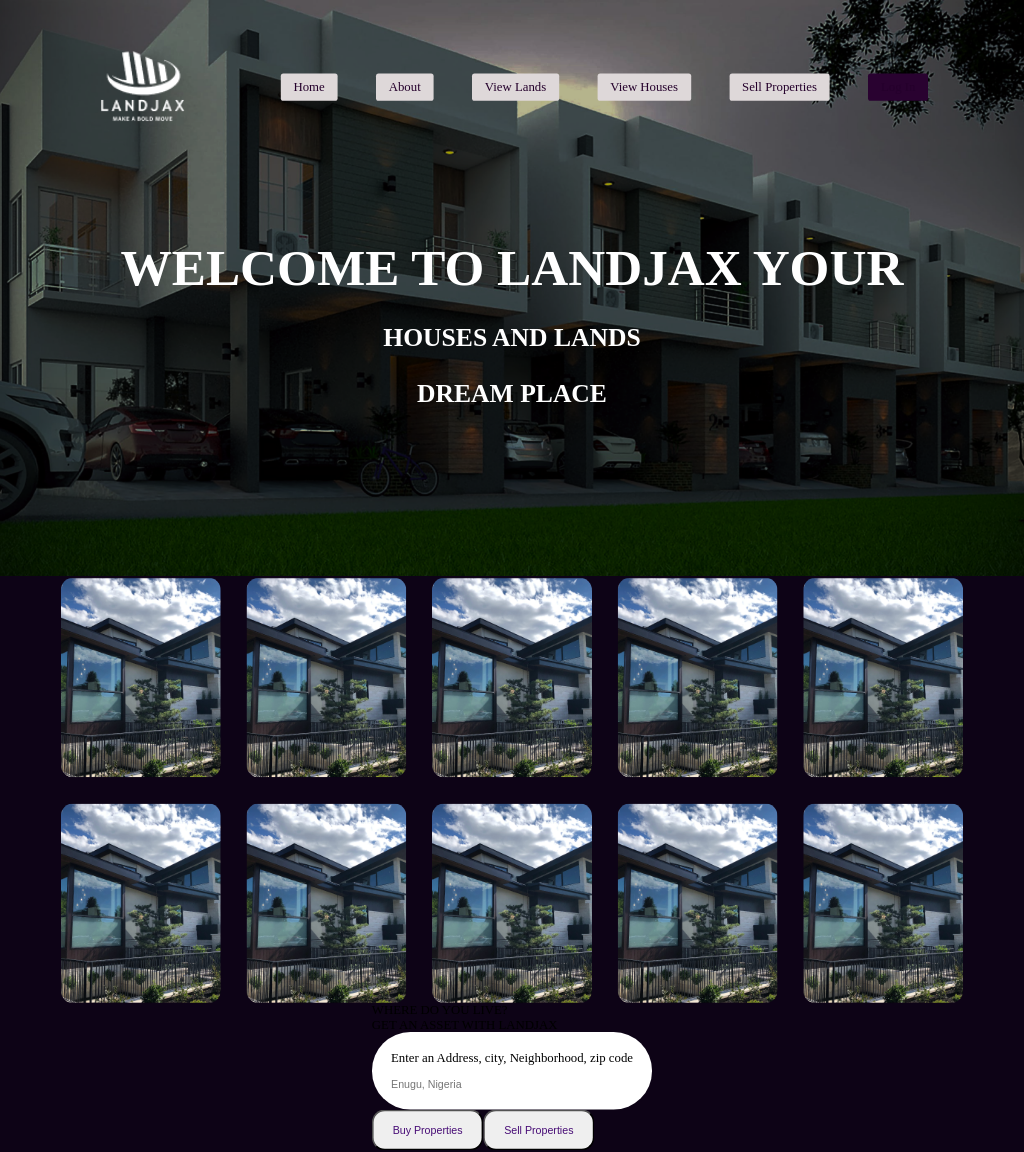
Repository: NorVirae/landjax-frontend
Page: /
These files come from the project's save history. The page is drawn as it stood at one moment and after the next save; the edit follows.
The browser window is 1280 px wide. The pictures show the whole page, at 80% of full size.
The project was rebuilt for these pictures with package versions that can differ from the ones it lists, and the page was loaded fresh each time. The framework's server and built-in components were replaced by stand-ins that run in the browser. Also part of the build but not shown: next.config.js.

Above is the page before, as saved 2022-07-02 16:14:29.

### pages/_app.tsx
import '../src/styles/Landing.css'
import '../src/styles/Global.css'


import type { AppProps } from 'next/app'

function MyApp({ Component, pageProps }: AppProps) {
  return <Component {...pageProps} />
}

export default MyApp

### pages/index.tsx
import type { NextPage } from 'next'
import Head from 'next/head'
import Image from 'next/image'
import Navbar from '../src/components/Navbar'
import HouseImg from '../src/assets/24.png'

const Home = () => {
  return (
    <div>
      <Head>
        <title>Land Jax</title>
        <meta name="description" content="Generated by create next app" />
        <link rel="icon" href="/favicon.ico" />
      </Head>


      <main>
        <section className='carousel__container'>
          <Navbar />

          <div className='carousel__welcome-screen'>
            <h2 className='carousel__welcome-text'>WELCOME TO LANDJAX YOUR</h2>
            <h3 className='carousel__house-lands'>HOUSES AND LANDS</h3>
            <h4 className='carousel__dream-place'>DREAM PLACE</h4>

          </div>

        </section>

        <section className='house__preview'>

          <div className='house__preview-inner'>
            <Image src={HouseImg} height={"250rem"} objectFit={"cover"} width="200rem" className='house__image-preview'/>
            <Image src={HouseImg} height={"250rem"} objectFit={"cover"} width="200rem" className='house__image-preview'/>
            <Image src={HouseImg} height={"250rem"} objectFit={"cover"} width="200rem" className='house__image-preview'/>
            <Image src={HouseImg} height={"250rem"} objectFit={"cover"} width="200rem" className='house__image-preview'/>
            <Image src={HouseImg} height={"250rem"} objectFit={"cover"} width="200rem" className='house__image-preview'/>
            <Image src={HouseImg} height={"250rem"} objectFit={"cover"} width="200rem" className='house__image-preview'/>
            <Image src={HouseImg} height={"250rem"} objectFit={"cover"} width="200rem" className='house__image-preview'/>
            <Image src={HouseImg} height={"250rem"} objectFit={"cover"} width="200rem" className='house__image-preview'/>
            <Image src={HouseImg} height={"250rem"} objectFit={"cover"} width="200rem" className='house__image-preview'/>
            <Image src={HouseImg} height={"250rem"} objectFit={"cover"} width="200rem" className='house__image-preview'/>

          </div>

          <section className='hou'>
            <p> WHERE DO YOU LIVE?</p>
            <p> GET AN ASSET WITH <span>LANDJAX</span></p>

            <div className='house__form-group'>
              <label className='house__form-label'>Enter an Address, city, Neighborhood, zip code</label>
              <input className="house__form-control" placeholder='Enugu, Nigeria' />
            </div>

            <button className='house__btn-buy-prop'>Buy Properties</button>
            <button className='house__btn-buy-prop'>Sell Properties</button>

          </section>

        </section>


      </main>

      <footer>

      </footer>
    </div>
  )
}

export default Home

### src/styles/Landing.css
.carousel__container{
    background-repeat: no-repeat;
    background-image: url('../assets/1.png');
    background-size: cover;
    height: 100vh;
    width: 100vw;
}
.navbar{
    display: flex;
    justify-content: space-around;
    padding: 4rem;
    align-items: center;
}


.navbar .nav {
    display: flex;
    text-decoration: none;
    list-style: none;
    gap: 3rem;
}

.navbar .nav a{

}

.navbar__nav-link{
    /* padding: 3rem 2rem; */
    color: #25012C;
}

.navbar__nav-item{
    background-color: #DED8D9;
    color: #25012C;
    padding: .5rem 1rem;
    border-radius: .2rem;

}

.sign-in{
    background-color: #290230;
    color: #DFDDDF!important;

}

.carousel__welcome-screen{
    padding: 5rem 3rem;
    color: white;
    display: flex;
    justify-content: center;
    align-items: center;
    flex-direction: column;
    gap: 2rem;
}


.carousel__welcome-text{
    font-size: 4rem;
}
.carousel__house-lands{
    font-size: 2rem;
}
.carousel__dream-place{
    font-size: 2rem;
}


.house__preview{
    height: 100vh;
    width: 100vw;
    display: flex;
    justify-content: center;
    align-items: center;
    display: flex;
    flex-direction: column;
    background-color: #0D0316;
    position: relative;

}

.house__preview-inner{
    display: grid;
    gap: 2rem;
    grid-template-columns: repeat(5, 1fr);

}

.house__preview-overlay{
    background-color: #0000007e;
    height: 100vh;
    width: 100vw;
    position: absolute;
    left: 0%;
    top: 0%;
    z-index: 2;
}

.house__image-preview{
    border-radius: 1rem;
}

.house__intro {
    display: flex;
    justify-content: center;
    align-items: center;
    flex-direction: column;
    gap: 2rem;
    position: absolute;
    color: white;
    z-index: 3;
}

.house__live{
    font-size: 3rem;
}

.house__asset{
    font-size: 1.2rem;
}

.house__land-annouce{
    font-weight: 900;
    font-size: 1.3rem;
}

.house__form-group{
    background-color: white;
    border: 1rem;
    padding: 1.5rem;
    border-radius: 3rem;
    display: flex;
    flex-direction: column;
    gap: 1rem;
    width: 100%;
}

.house__form-label{
    color: black;
}

.house__form-control{
    border: none;
}

.house__form-control:focus{
    outline: none;
}

.house__btn-ecom-container{
    display: flex;
    gap: 2rem;
}

.house__btn-buy-prop{
    padding: 1rem 1.5rem;
    border-radius: 1rem;
    color: #470C76;

}

.house__btn-sell-prop{
    padding: 1rem 1.5rem;
    border-radius: 1rem;
    color: #E1E2E2;
    background-color: transparent;
    border: .1rem solid #E1E2E2;

}

.future__container{
    width: 100vw;
    background-color: #0C0215;
    padding: 2rem 3rem;

    display: flex;
    justify-content: center;
    align-items: center;
    flex-direction: column;
    gap: 2rem;
}

.future__header{
    color: white;
    display: flex;
    align-items: center;
    gap: 3rem;
    padding: 3rem 7rem;
}


.future__prop-text{
    font-size: 3rem;

}
.future__btn-prop{
    font-size: 1.2rem;
    padding: 1rem 3rem;
    background-color: #2B0549;
    color: white;
    border: none;
}
.future__houses-card-container{
    display: grid;
    grid-template-columns: repeat(3, 1fr);
    gap: 2rem;
    margin: auto 3rem;
    max-width: 60rem;
}

.future__house-card{
    display: flex;
    flex-direction: column;
    color: white;
    border-top-left-radius: 2rem;
    border-top-right-radius: 2rem;
    height: 100%;
    background-color: #ffff;
    position: relative;

}

.future__card-img{
    border-top-left-radius: 2rem;
    border-top-right-radius: 2rem;

}

.future__card-body{
    display: flex;
    flex-direction: column;
    color: #000;
    gap: 1rem;
    padding: 2rem;
}

.future__card-title{
    font-weight: 900;
    font-size: 1.5rem;
}

.future__card-price{
    font-size: 1.4rem;
    font-weight: 900;
}

.future__card-desc{
    font-size: 1rem;
}

.future__profile-container{
    display: flex;
    align-items: center;
    gap: 1rem;

}
.future__profile-img{
    border-radius: 100%;
}

.future__btn-sale{
    background-color: #5E4D7C;
    color: #EBE9EF;
    padding: .3rem 1rem;
    border-radius: .3rem;
    position: absolute;
    border: none;
    font-size: .9rem;
    right: 5%;
    top: 5%;
    z-index: 2;
}

.explore__market-container{
    display: flex;
    gap: 4rem;
    justify-content: space-around;
    background-image: url(../assets//16.png);
}

### src/styles/Global.css
* {
    padding: 0;
    margin: 0;
    box-sizing: border-box;
}

a {
    text-decoration: none;
}

### src/components/Navbar.tsx
import Link from "next/link";
import React from "react";
import Image from "next/image";
import Logo from "../assets/logo.png"

const Navbar:React.FC = ({}) => {

    return (
        <nav className="navbar">
            <Link href="#">
                <Image className="navbar_brand" src={Logo} width="120rem" objectFit="contain" height="90rem" />
            </Link>
            <ul className="nav">
                <li className="navbar__nav-item">
                    <Link href={"/"}>
                        <a className={"navbar__nav-link"}>
                            Home
                        </a>
                    </Link>
                </li>

                <li className="navbar__nav-item">
                    <Link href={"/"}>
                        <a className={"navbar__nav-link"}>
                            About
                        </a>
                    </Link>
                </li>

                <li className="navbar__nav-item">
                    <Link href={"/view/lands"}>
                        <a className={"navbar__nav-link"}>
                            View Lands
                        </a>
                    </Link>
                </li>

                <li className="navbar__nav-item">
                    <Link href={"/view/houses"}>
                        <a className={"navbar__nav-link"}>
                            View Houses
                        </a>
                    </Link>
                </li>

                <li className="navbar__nav-item">
                    <Link href={"/sell/properties"}>
                        <a className={"navbar__nav-link"}>
                            Sell Properties
                        </a>
                    </Link>
                </li>

                <li className="navbar__nav-item sign-in">
                    <Link href={"/login"}>
                        <a className={"navbar__nav-link"}>
                            Log In
                        </a>
                    </Link>
                </li>
            </ul>
        </nav>
    )

}

export default Navbar;

After the next save:
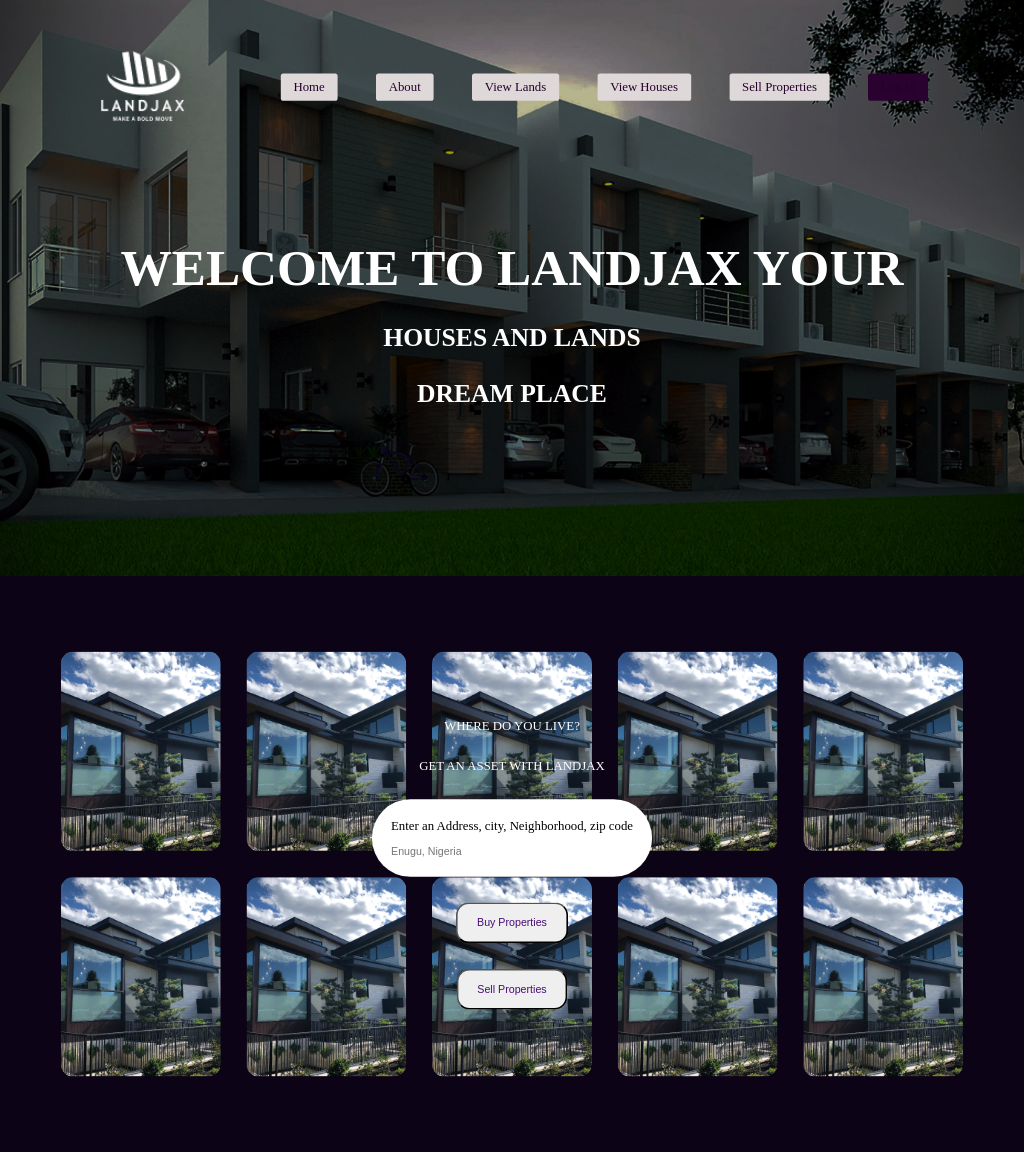
Saved 4 s later.
--- a/pages/index.tsx
+++ b/pages/index.tsx
@@ -43,7 +43,7 @@ const Home = () => {
 
           </div>
 
-          <section className='hou'>
+          <section className='house__intro'>
             <p> WHERE DO YOU LIVE?</p>
             <p> GET AN ASSET WITH <span>LANDJAX</span></p>
 
